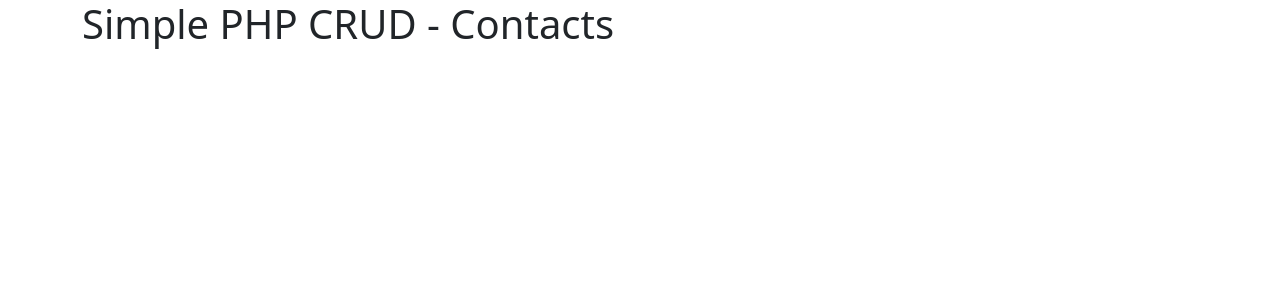
Repository: mennaabdelelhady/PHP-CRUD
Page: http://localhost/add_edit.php
An editor plug-in stored every save of this project. The page is shown before and after the next save, followed by the edit.
The browser window is 1280 px wide. The pictures show the whole page.
The page is run by PHP 8.4 with error messages shown; the project is at /var/www/html/.

Above is the page before, as saved 2024-12-30 02:13:17.

### public/add_edit.php
<?php

$title ="Simple PHP CRUD - Contacts";

?>

<!DOCTYPE html>
<html lang="en">
<head>
    <meta charset="UTF-8">
    <meta name="viewport" content="width=device-width, initial-scale=1.0">
    <link href="https://cdn.jsdelivr.net/npm/bootstrap@5.3.3/dist/css/bootstrap.min.css" rel="stylesheet" integrity="sha384-QWTKZyjpPEjISv5WaRU9OFeRpok6YctnYmDr5pNlyT2bRjXh0JMhjY6hW+ALEwIH" crossorigin="anonymous">
    <title><?php echo $title ?></title>
</head>
<body class="container">
    <h1><?php echo $title ?></h1>
</body>

</html>

After the next save:
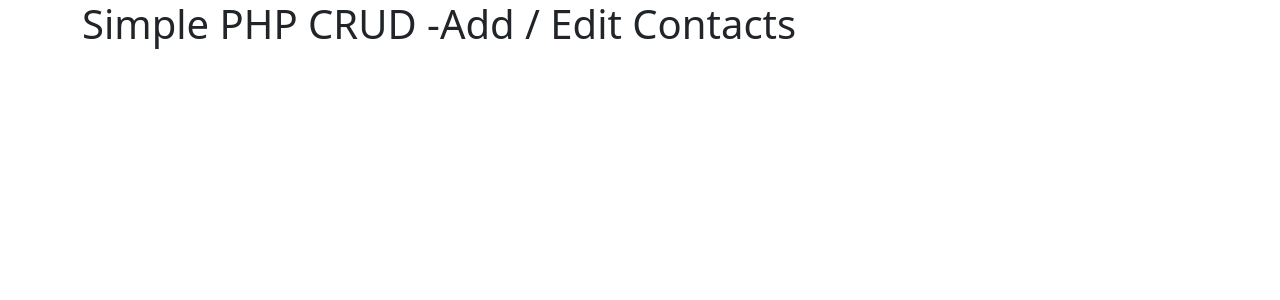
Saved 42 s later.
--- a/public/add_edit.php
+++ b/public/add_edit.php
@@ -1,6 +1,6 @@
 <?php
 
-$title ="Simple PHP CRUD - Contacts";
+$title ="Simple PHP CRUD -Add / Edit Contacts";
 
 ?>
 
